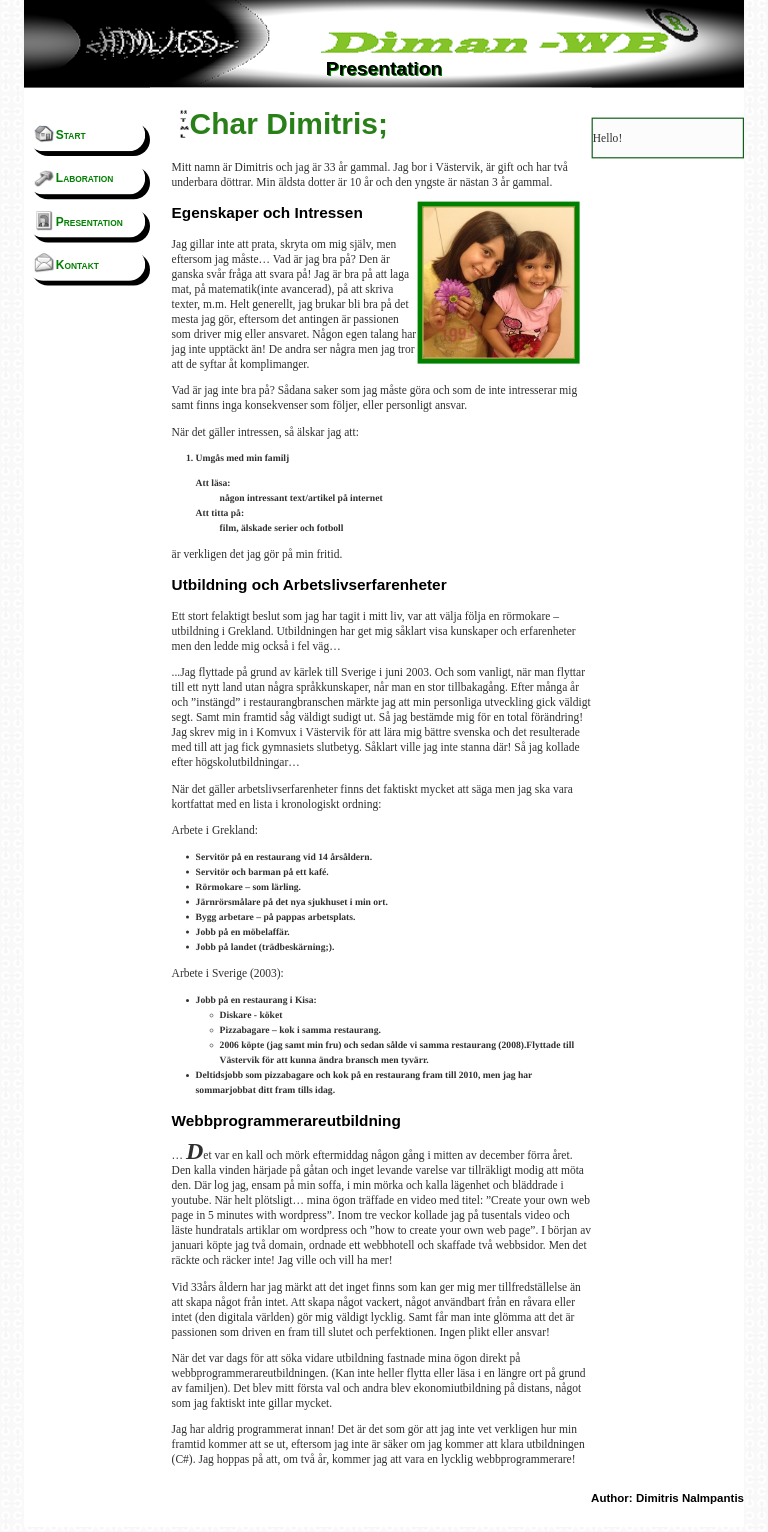
Repository: dn222em/1ik415-laborationer
Page: pages/Presentation.html
The author's editor kept a record of every edit. The page is drawn from the files as they stood at one moment, then again after the next edit.
The browser window is 1280 px wide. The pictures show the whole page, at 60% of full size.
Backgrounds fixed to the window are drawn as part of the page.

Above is the page before.

After the next edit:
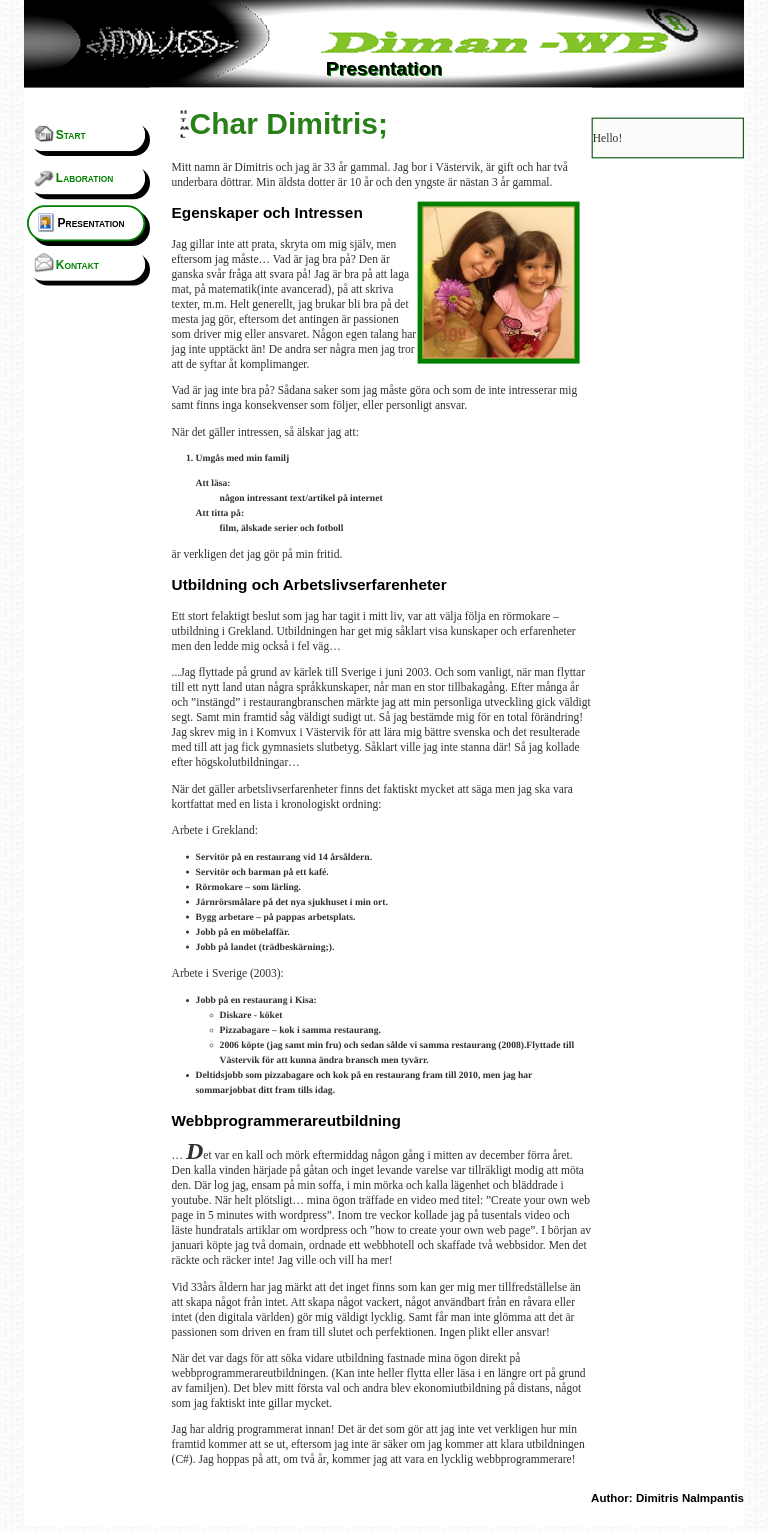
The edit:
--- a/pages/Presentation.html
+++ b/pages/Presentation.html
@@ -22,7 +22,7 @@
     <ul id="menu_pictures" class="menu">
 		<li><a id ="home" href="../index.html">Start</a></li>
 		<li><a id ="labor" href="../pages/laborationer.html">Laboration</a></li>
-		<li><a id ="present" href="../pages/Presentation.html"id="active">Presentation</a></li>
+		<li><a id ="present" href="../pages/Presentation.html" class="active3" >Presentation</a></li>
 		<li><a id ="cont" href="../pages/Kontakt.html">Kontakt</a></li>
 
 	</ul>
